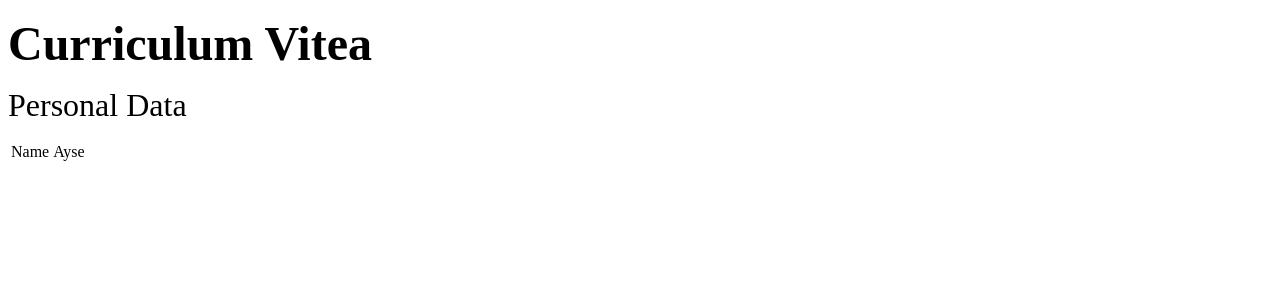
Repository: aysedo/html
Page: Week_2/profile/index.html
The author's editor kept a copy of each file at every save. The page is drawn from the files as they stood at one save, then again after the next save.
The browser window is 1280 px wide. The pictures show the whole page.

Above is the page before, as saved 2021-08-25 20:45:59.

### Week_2/profile/index.html
<!DOCTYPE html>
<html lang="en">
  <head>
    <meta charset="UTF-8" />
    <meta http-equiv="X-UA-Compatible" content="IE=edge" />
    <meta name="viewport" content="width=device-width, initial-scale=1.0" />
    <title>Document</title>
  </head>
  <body>
    <titel>
      <p align="center" ></p><b><font size="11">Curriculum Vitea </font></b></p></titel>
      <p> <font size="6">Personal Data</font></p>
      <table>
        <tr>
          <td> Name </td>
          <td> Ayse </td>

        </tr>
      </table>

  </body>
</html>

After the next save:
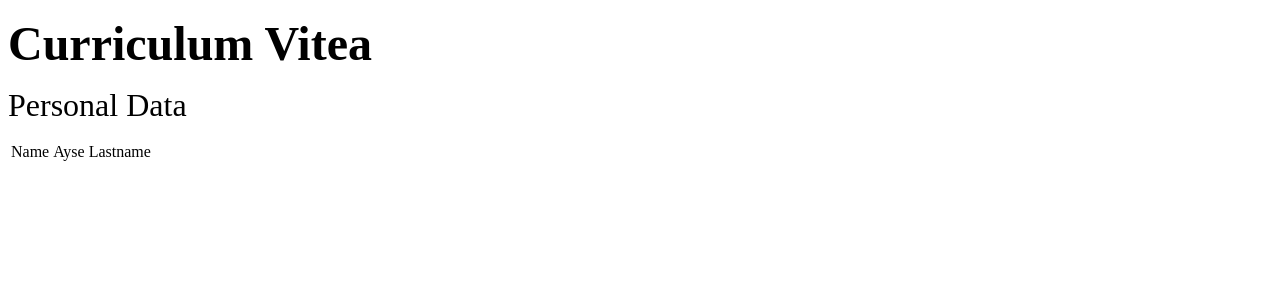
Saved 93 s later.
--- a/Week_2/profile/index.html
+++ b/Week_2/profile/index.html
@@ -14,7 +14,8 @@
         <tr>
           <td> Name </td>
           <td> Ayse </td>
-
+          <td> Lastname </td>
+          <address> </address>
         </tr>
       </table>
 
